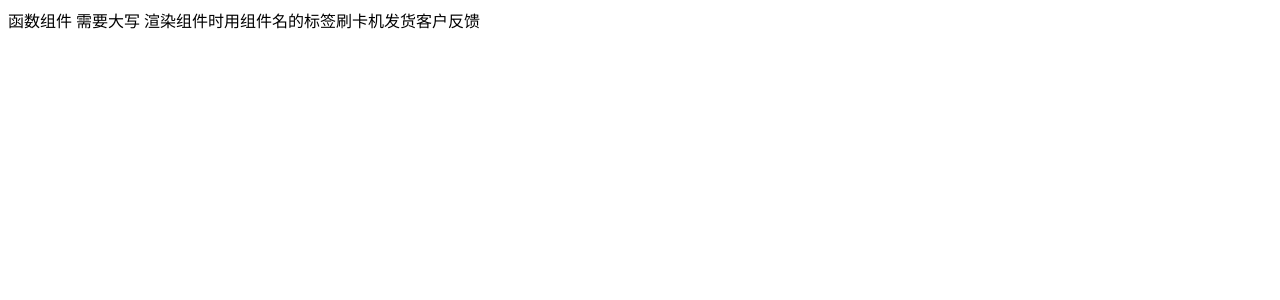
Repository: 404lcy/react-dome
Page: /
An editor plug-in stored every save of this project. The page is shown before and after the next save, followed by the edit.
The browser window is 1280 px wide. The pictures show the whole page.
The project was rebuilt for these pictures with package versions that can differ from the ones it lists, and the page was loaded fresh each time.

Above is the page before, as saved 2023-02-06 22:09:20.

After the next save:
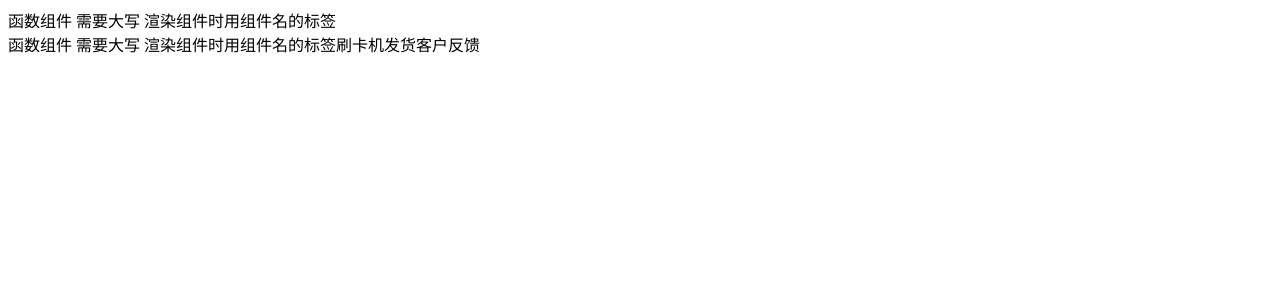
Saved 5 min 54 s later.
--- a/src/index.js
+++ b/src/index.js
@@ -5,5 +5,13 @@ const Element = () => {
 const Elements = () => {
     return <div>函数组件 需要大写 渲染组件时用组件名的标签刷卡机发货客户反馈 </div>
 }
-ReactDom.render(<Element />, document.getElementById('root'))
-ReactDom.render(<Elements />, document.getElementById('root'))
+const App = () => {
+    return <div>
+        <>
+            <Element></Element>
+            <Elements></Elements>
+        </>
+    </div>
+}
+// ReactDom.render(<Element />, document.getElementById('root'))
+ReactDom.render(<App />, document.getElementById('root'))
